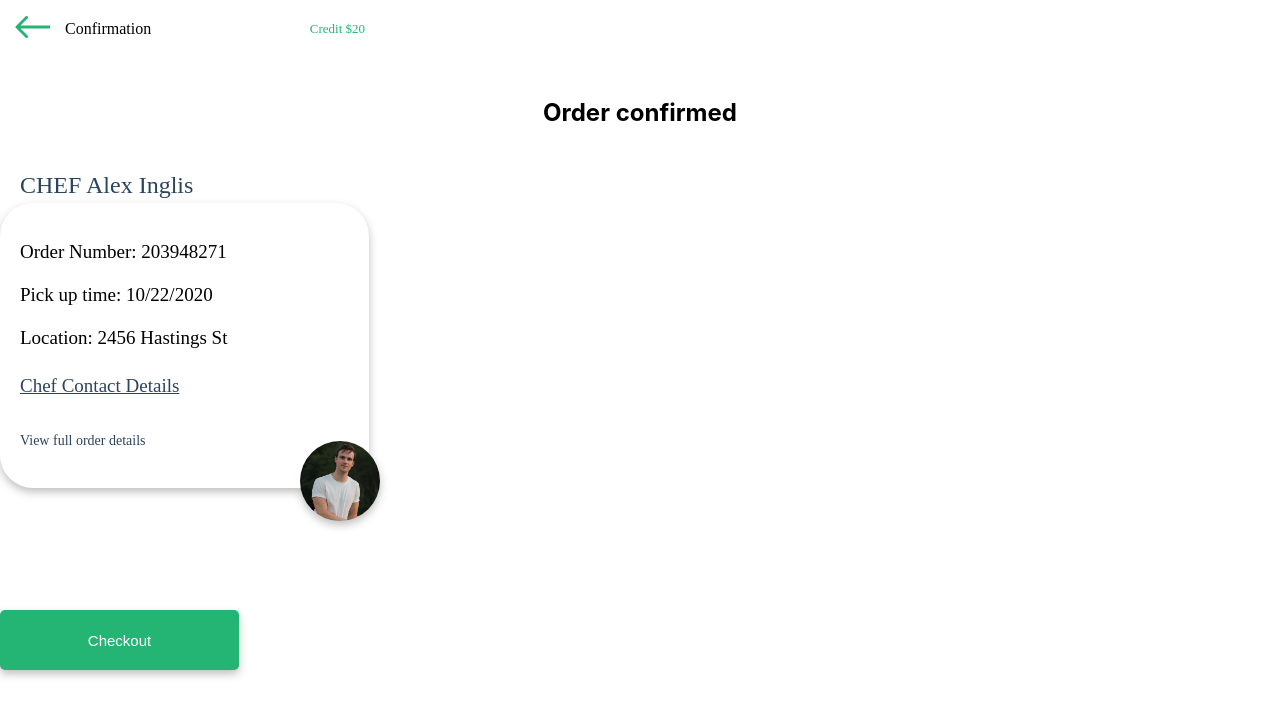
Repository: nguyenlejoe/HomeChef
Page: / (app in app/)
An editor plug-in stored every save of this project. The page is shown before and after the next save, followed by the edit.
The browser window is 1280 px wide. The pictures show the whole page.
The project was rebuilt for these pictures with package versions that can differ from the ones it lists, and the page was loaded fresh each time.

Above is the page before, as saved 2020-11-06 18:37:11.

After the next save:
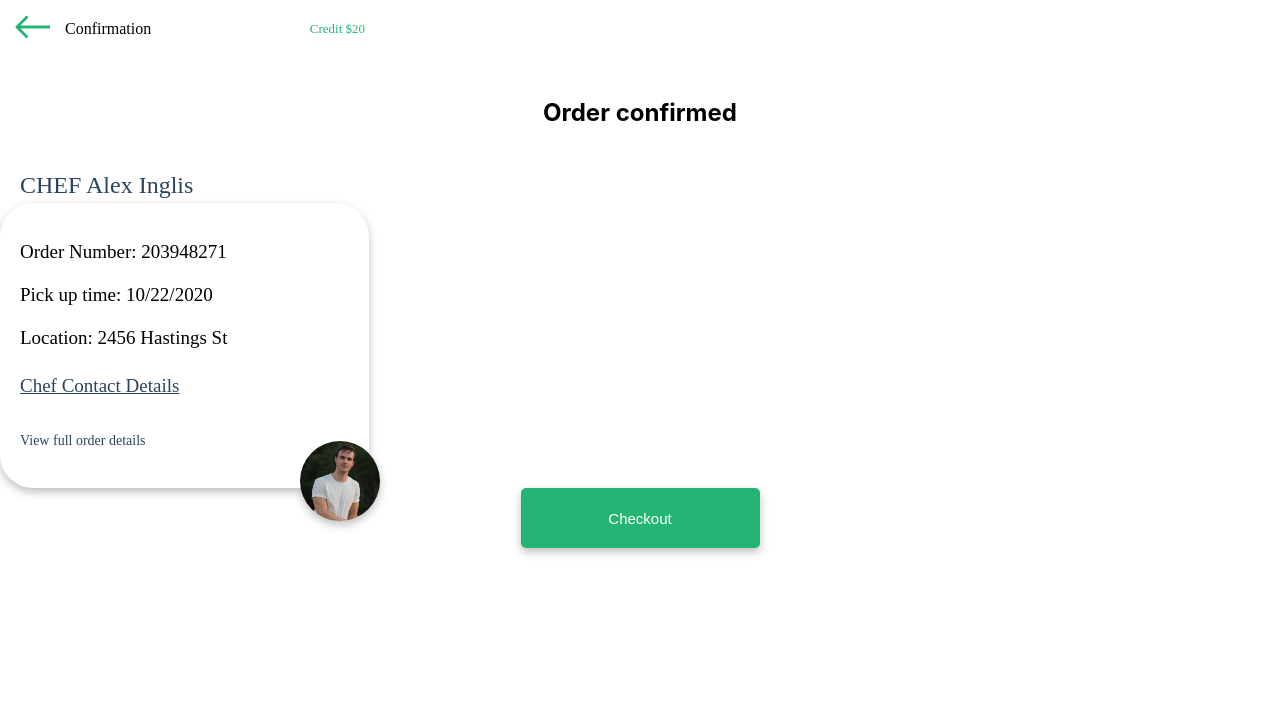
Saved 26 s later.
--- a/app/src/pages/OrderConfirmation.scss
+++ b/app/src/pages/OrderConfirmation.scss
@@ -15,6 +15,6 @@
 .button{
     display: flex;
     justify-content: center;
-    bottom: 50px;
-    position: absolute;
+    // bottom: 50px;
+    // position: absolute;
 }

After the save that followed:
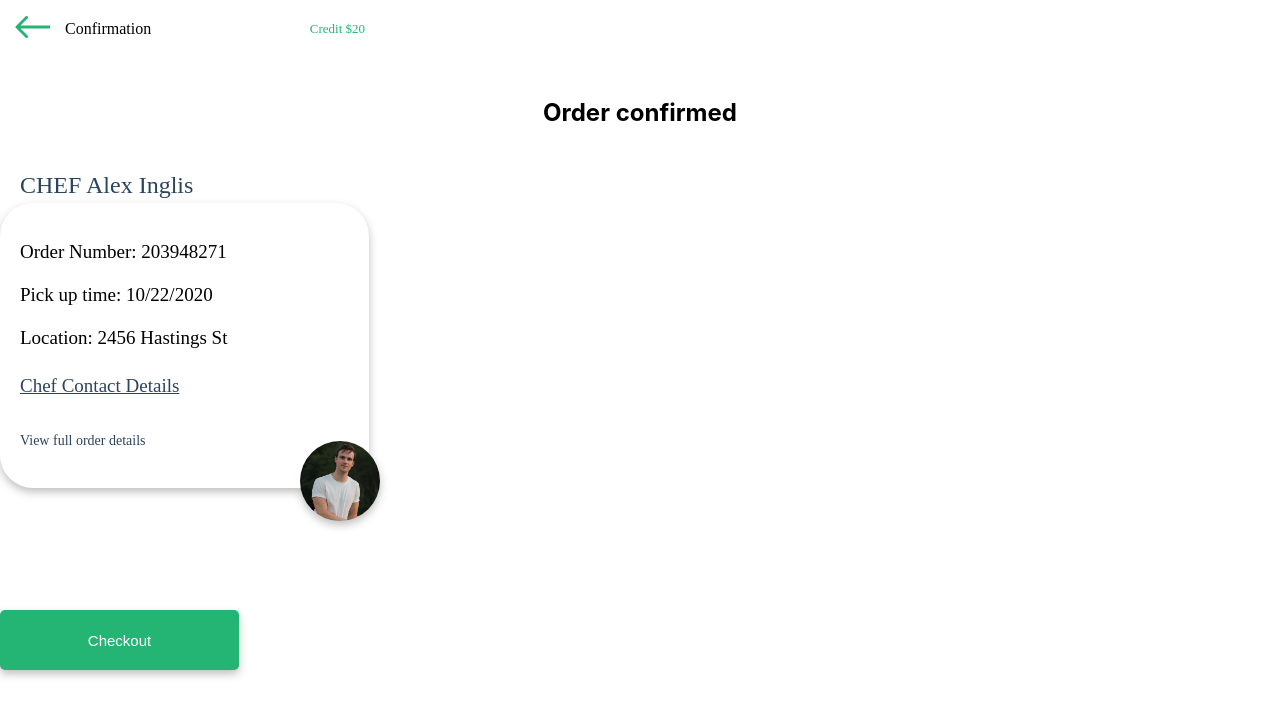
Saved 14 s later.
--- a/app/src/pages/OrderConfirmation.scss
+++ b/app/src/pages/OrderConfirmation.scss
@@ -13,8 +13,8 @@
 }
 
 .button{
-    display: flex;
+    // display: flex;
     justify-content: center;
-    // bottom: 50px;
-    // position: absolute;
+    bottom: 50px;
+    position: absolute;
 }
